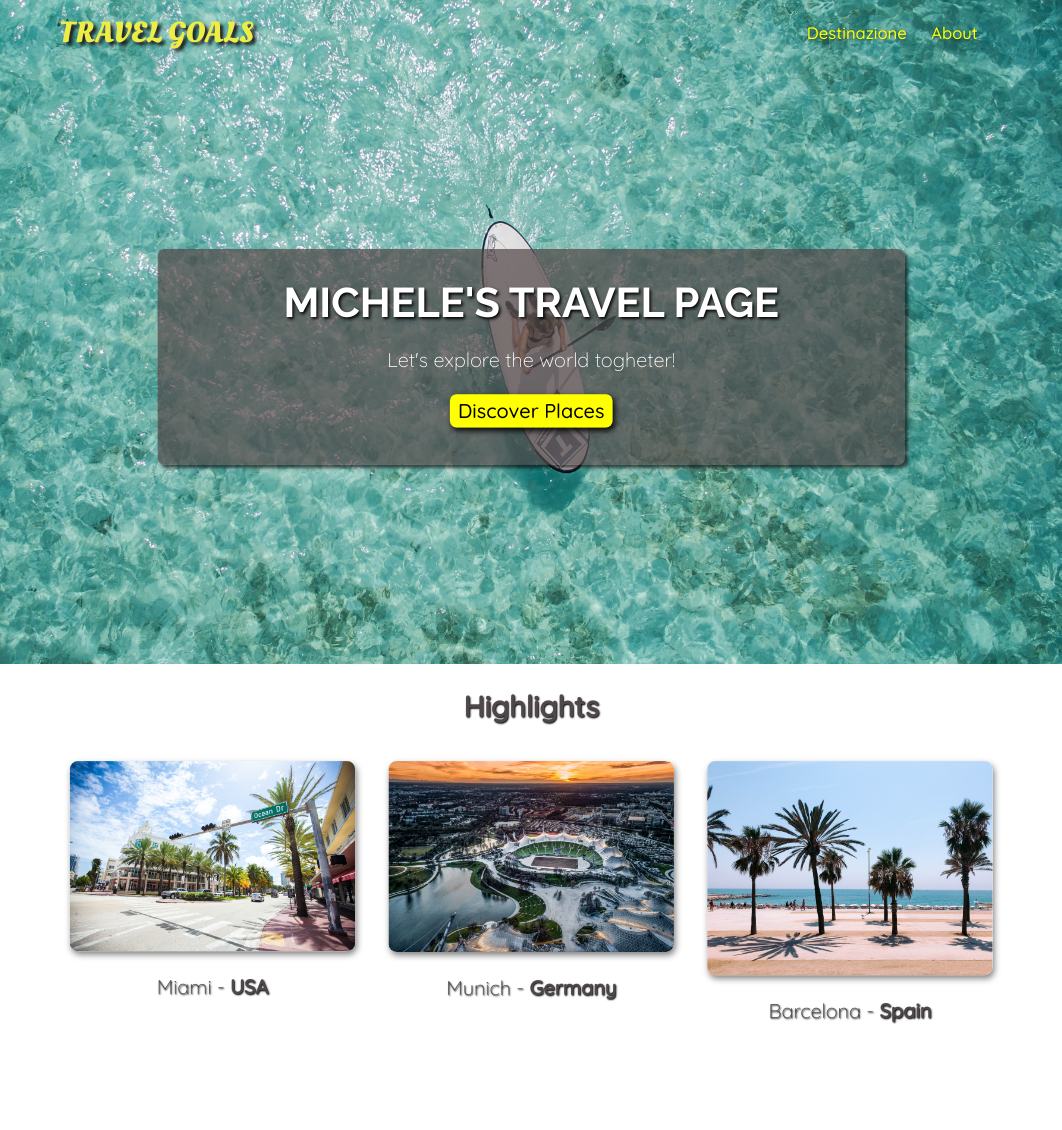
Repository: MicTomm/Travel-Goals
Page: index.html
An editor plug-in stored every save of this project. The page is shown before and after the next save, followed by the edit.
The browser window is 1280 px wide. The pictures show the whole page, at 83% of full size.

Above is the page before, as saved 2023-06-05 18:22:56.

### index.html
<!DOCTYPE html>
<html lang="it">

<head>
    <meta charset="UTF-8">
    <title>Travel Goals</title>
    <link rel="stylesheet"
        href="https://fonts.googleapis.com/css2?family=Raleway:wght@700&family=Oleo+Script:wght@700&family=Quicksand:wght@300;500&display=swap">
    <link href="styles/shared.css" rel="stylesheet">
    <link href="styles/main-page-style.css" rel="stylesheet">
</head>

<body>
    <header>
        <div id="logo">
            <a href="/index.html">Travel Goals</a>
        </div>
        <nav>
            <ul>
                <li><a href="/places.html">Destinazione</a></li>
                <li><a href="">About</a></li>
            </ul>
        </nav>
    </header>
    <main>
        <section id="hero-image-section">
            <div id="div-section1">
                <h1>Michele's Travel Page</h1>
                <p>Let's explore the world togheter!</p>
                <a href="/places.html">Discover Places</a>
            </div>
        </section>
        <section id="highlights">
            <h2>Highlights</h2>
            <ul id="destinations">
                <li class="destination">
                    <div id="prova">
                        <img src="images/places/miami.jpg" alt="Miami">
                        <p>Miami - <strong>USA</strong></p>
                    </div>
                </li>
                <li class="destination">
                    <div id="prova">
                        <img src="/images/places/munich.jpg" alt="Munich">
                        <p>Munich - <strong>Germany</strong></p>
                    </div>
                </li>
                <li class="destination">
                    <div id="prova">
                        <img src="/images/places/barcelona.jpg" alt="Barcelona">
                        <p>Barcelona - <strong>Spain</strong></p>
                    </div>
                </li>
            </ul>
        </section>
    </main>
    <footer></footer>
</body>

</html>

### styles/shared.css
body {
    margin: 0px;
    font-family: 'Quicksand', sans-serif;
}

ul {
    list-style: none;
    padding: 0px;
    margin: 0px;
}

header {
    display: flex;
    justify-content: space-between;
    align-items: center;
    padding: 15px 60px;
    position: absolute;
    width: 100%;
    top: 0;
    left: 0;
    box-sizing: border-box;
}

header ul {
    margin: 10px;
    display: flex;
    justify-content: space-between;
    width: 250px;
}

header li {
    width: 100px;
}

header a {
    color: yellow;
    text-decoration: none;
    font-size: 20px;
    padding: 12px;
    text-shadow: 1px 1px 4px rgba(0, 0, 0, 0.5);
}

header a:hover {
    background-color: yellow;
    box-shadow: 2px 2px 4px rgba(0, 0, 0, 0.5);
    color: rgb(67, 60, 60);
    text-shadow: 1px 1px 2px rgb(0, 0, 0, 0.5);
    border-radius: 8px;
}

#logo a {
    font-family: 'Oleo script', sans-serif;
    font-size: 35px;
    text-decoration: none;
    color: rgb(237, 237, 70);
    text-shadow: 4px 4px 4px rgb(31, 29, 29);
    text-transform: uppercase;
}

#logo a:hover {
    background-color: transparent;

}

### styles/main-page-style.css
#hero-image-section {
    text-align: center;
    background-image: url("/images/places/ocean.jpg");
    background-position: center;
    background-size: cover;
    height: 800px;
    /* padding-top: 100px; (alternativa per spostare div-section1 più in basso)*/
}

#div-section1 {
    background-color: rgba(82, 70, 70, 0.7);
    box-shadow: 4px 4px 4px rgba(18, 18, 18, 0.7);
    width: 900px;
    margin: 0px auto;
    padding: 35px 0 50px 0;
    border-radius: 8px;
    position: relative;
    top: 300px;
}

#div-section1 h1 {
    font-size: 50px;
    color: white;
    font-family: 'Raleway', sans-serif;
    text-shadow: 2px 2px 4px black;
    text-transform: uppercase;
    margin: 0px;
}

#div-section1 p {
    color: white;
    font-size: 24px;
    font-weight: 300;
    margin-bottom: 32px;
}

#div-section1 a{
 font-size: 24px;
 text-decoration: none;
 color: black;
 border-radius: 8px;
 background-color: yellow;
 padding: 5px 10px;
 box-shadow: 3px 4px 8px black;
}

#div-section1 a:hover{
    background-color: greenyellow;
    text-shadow: 1px 1px 2px rgba(0, 0, 0, 0.5);
}

#highlights{
    text-align: center;
}

#highlights ul{
    display: flex;
    width: 90%;
    margin: auto;
    padding: 15px;
    margin-bottom: 40px;
    justify-content: space-around;

}

#highlights li{
    margin: 0px 20px 50px 20px;
}

#highlights img{

    height: 100%;
    width: 100%;
    box-shadow: 2px 4px 8px rgb(0, 0, 0, 0.5);
    border-radius: 10px;
    object-fit: cover;
}

.prova{
    width: 250px;
    height: 190px;
}

#highlights h2{
    font-size: 35px;
    text-shadow: 1px 1px 2px black;
    color: rgb(79, 72, 72);
}

#highlights p{
    color: rgb(79, 72, 72);
    text-shadow: 1px 1px 2px black;
    font-size: 24px;
    font-weight: 300;
}

After the next save:
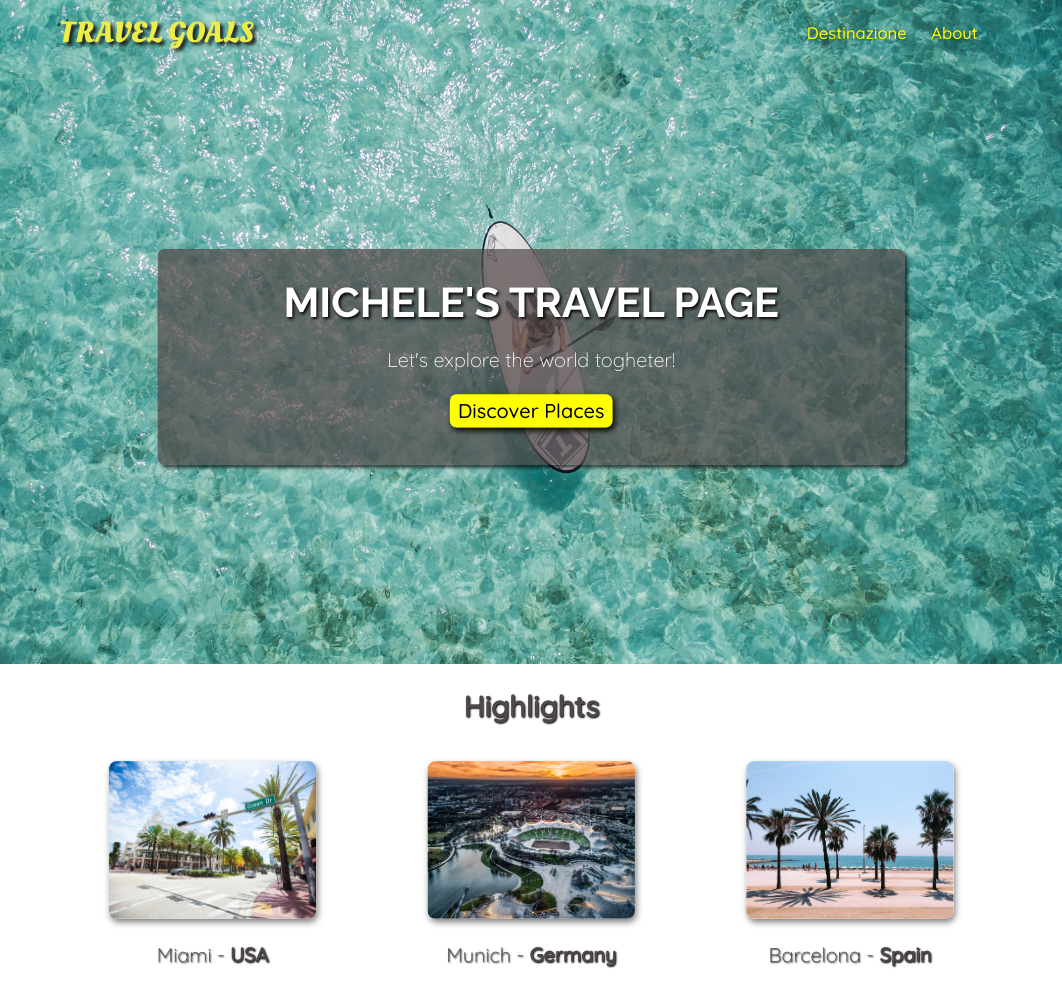
Saved 80 s later.
--- a/index.html
+++ b/index.html
@@ -34,19 +34,19 @@
             <h2>Highlights</h2>
             <ul id="destinations">
                 <li class="destination">
-                    <div id="prova">
+                    <div class="prova">
                         <img src="images/places/miami.jpg" alt="Miami">
                         <p>Miami - <strong>USA</strong></p>
                     </div>
                 </li>
                 <li class="destination">
-                    <div id="prova">
+                    <div class="prova">
                         <img src="/images/places/munich.jpg" alt="Munich">
                         <p>Munich - <strong>Germany</strong></p>
                     </div>
                 </li>
                 <li class="destination">
-                    <div id="prova">
+                    <div class="prova">
                         <img src="/images/places/barcelona.jpg" alt="Barcelona">
                         <p>Barcelona - <strong>Spain</strong></p>
                     </div>

After the save that followed:
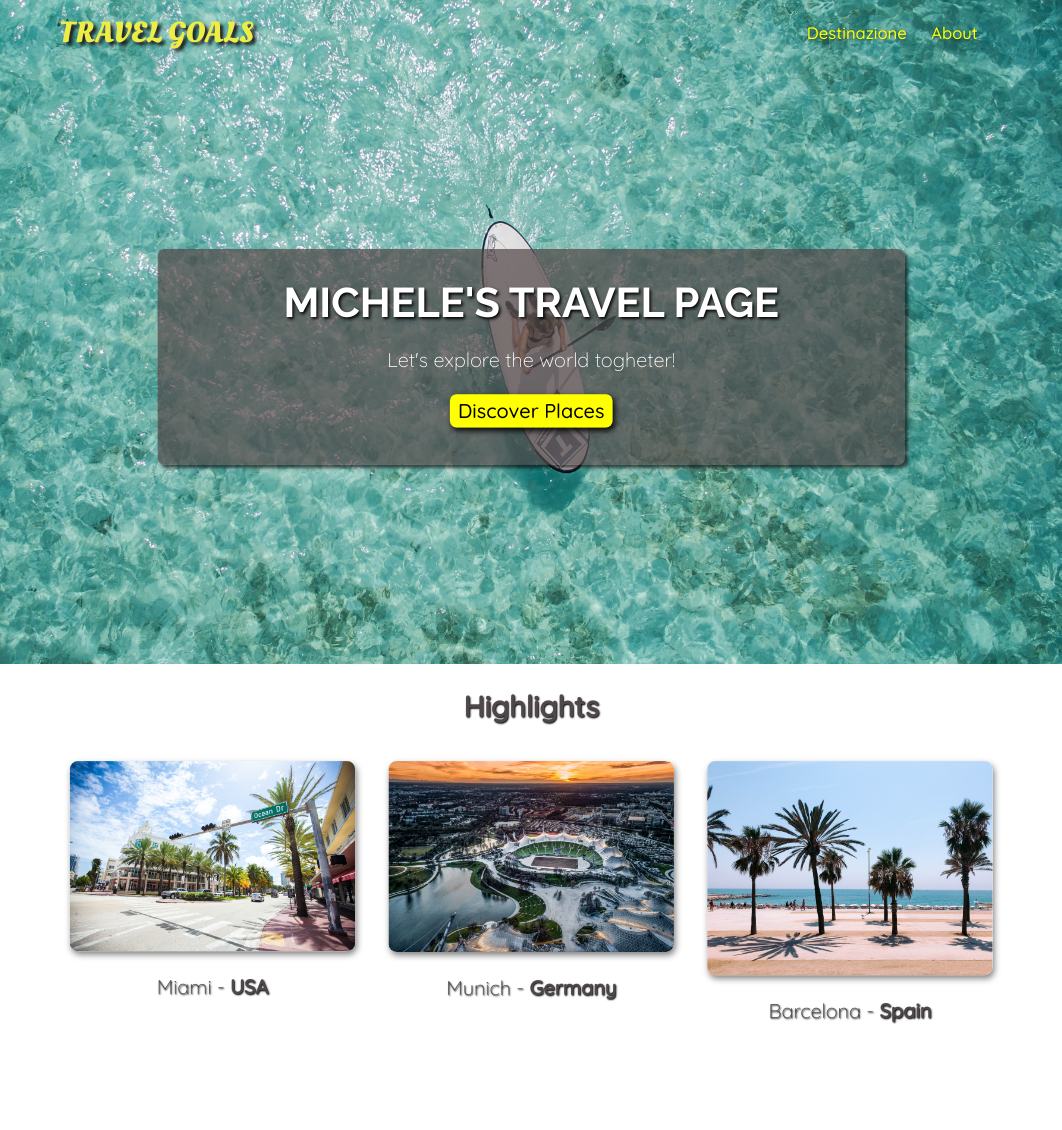
Saved 3 min 51 s later.
--- a/index.html
+++ b/index.html
@@ -33,20 +33,20 @@
         <section id="highlights">
             <h2>Highlights</h2>
             <ul id="destinations">
-                <li class="destination">
-                    <div class="prova">
+                <li>
+                    <div class="destination">
                         <img src="images/places/miami.jpg" alt="Miami">
                         <p>Miami - <strong>USA</strong></p>
                     </div>
                 </li>
-                <li class="destination">
-                    <div class="prova">
+                <li>
+                    <div class="destination">
                         <img src="/images/places/munich.jpg" alt="Munich">
                         <p>Munich - <strong>Germany</strong></p>
                     </div>
                 </li>
-                <li class="destination">
-                    <div class="prova">
+                <li>
+                    <div class="destination">
                         <img src="/images/places/barcelona.jpg" alt="Barcelona">
                         <p>Barcelona - <strong>Spain</strong></p>
                     </div>
